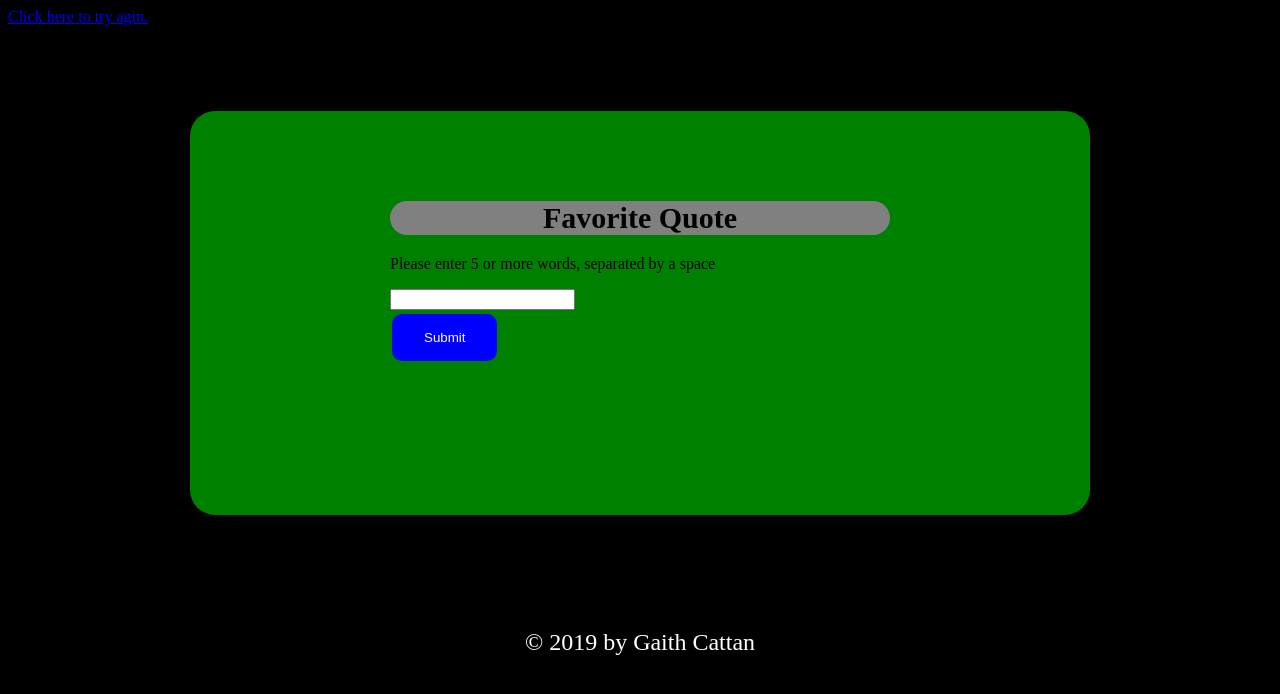
Repository: GaithCattan/COSW30
Page: labwork/lab5/favoritequote.html
The author's editor kept a record of every edit. The page is drawn from the files as they stood at one moment, then again after the next edit.
The browser window is 1280 px wide. The pictures show the whole page.

Above is the page before.

After the next edit:
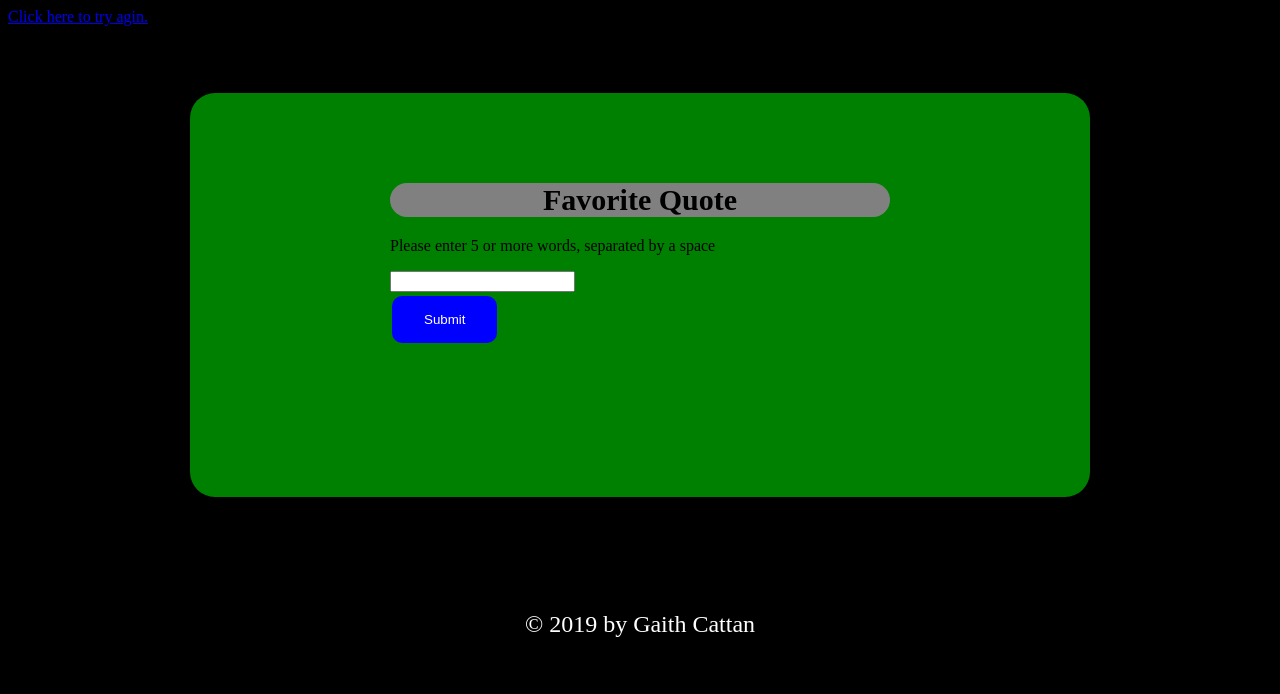
The edit:
--- a/labwork/lab5/favoritequote.html
+++ b/labwork/lab5/favoritequote.html
@@ -23,7 +23,7 @@
         <header>
             <a href=\"https://0cd32b34e5164bbab8e00106b3cc302a.vfs.cloud9.us-east-1.amazonaws.com/labwork/lab5/favoritequote.html\">Click here to try agin.</a>
             <h2 id="goto">Population Page</h2>
-https://0cd32b34e5164bbab8e00106b3cc302a.vfs.cloud9.us-east-1.amazonaws.com/labwork/lab5/population.php
+
         </header>
 
         <div id="container">
